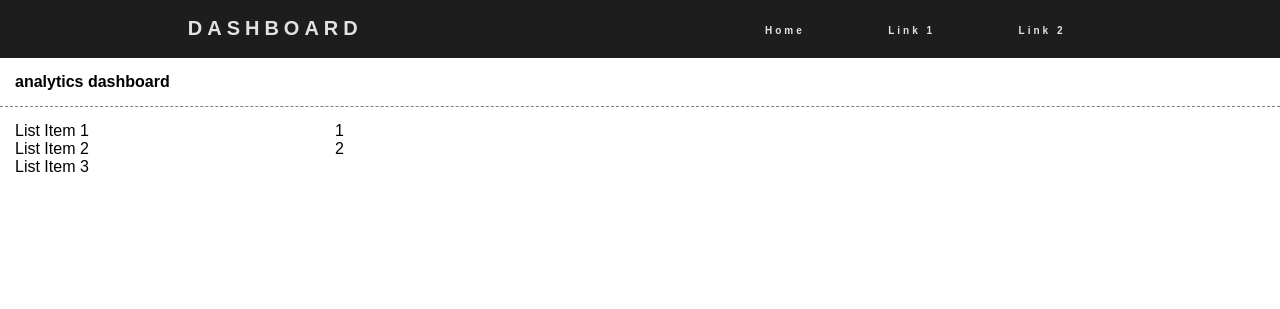
Repository: nourabdelhakam/drag-drop
Page: index.html
The author's editor kept a copy of each file at every save. The page is drawn from the files as they stood at one save, then again after the next save.
The browser window is 1280 px wide. The pictures show the whole page.

Above is the page before, as saved 2020-07-03 09:14:23.

After the next save:
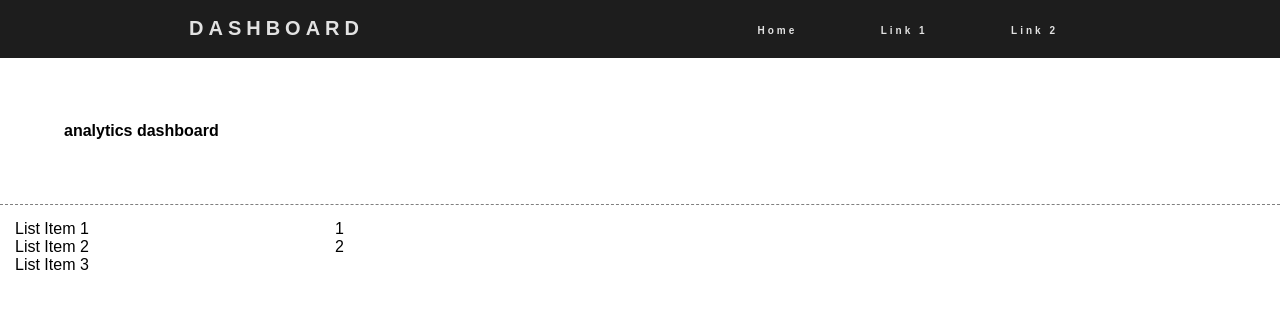
Saved 10 s later.
--- a/css/main.css
+++ b/css/main.css
@@ -7,7 +7,7 @@ body {
     font-family: Arial, Helvetica, sans-serif;
 }
 h4 {
-    padding: 15px;
+    padding: 5%;
 }
 .container {
     border-top: 1px dashed gray;
